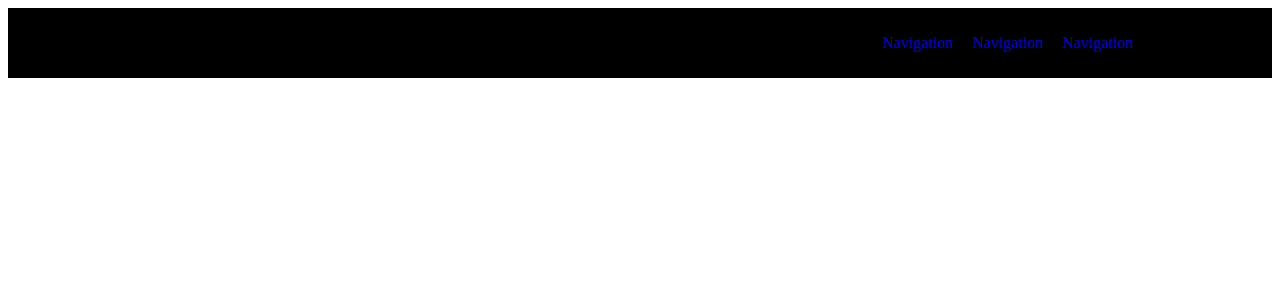
Repository: piotrokrutniak/Projekt-Studia
Page: index.html
The author's editor kept a copy of each file at every save. The page is drawn from the files as they stood at one save, then again after the next save.
The browser window is 1280 px wide. The pictures show the whole page.
The pointer rests on the first visible `.navigation-link`.

Above is the page before, as saved 2023-03-04 02:31:48.

### index.html
<!DOCTYPE html>
<head>
    <meta charset="UTF-8" />
    <meta http-equiv="X-UA-Compatible" content="IE=edge" />
    <meta name="viewport" content="width=device-width, initial-scale=1.0" />
    <link rel="stylesheet" type="text/css" href="styles.css" />
    <title>Website Title</title>
</head>
<body>
    <div class="navbar-container">
        <div class="navbar">
            <div class="logo">WebsiteLogo</div>
            <div class="navigation">
                <a href="/index" class="navigation-link">
                    <div class="navigation-button">
                        Navigation
                    </div>
                </a>
                <a href="/index" class="navigation-link">
                    <div class="navigation-button">
                        Navigation
                    </div>
                </a>
                <a href="/index" class="navigation-link">
                    <div class="navigation-button">
                        Navigation
                    </div>
                </a>
            </div>
        </div>
    </div>
</body>

### styles.css
.navbar-container{
    width: 100%;
    height: 70px;
    background: black;
    position: sticky;
    top: 0;
}

.navbar{
    position: relative;
    max-width: 1024px;
    min-width: 328px;
    top: 0px;
    margin: auto;
    display: flex;
    flex-direction:row;
    justify-content: space-between;
        top: 50%;
    -ms-transform: translateY(-50%);
    transform: translateY(-50%);

}

a{
    text-decoration: none;
}

.navigation-link{
    display: grid;
    position: relative;

}

.navigation-link:hover{
    border-bottom: 5px;
    border-color: aqua;
}

.navigation{
    display: grid;
    grid-template-columns: 90px 90px 90px;

}

After the next save:
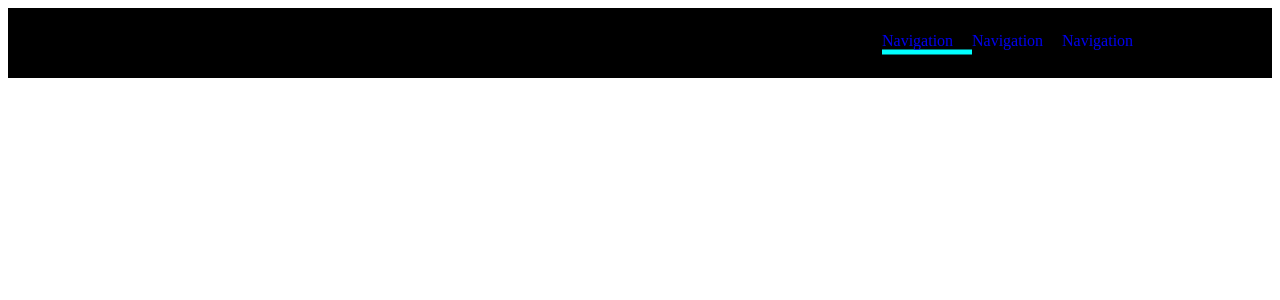
Saved 2 min 26 s later.
--- a/styles.css
+++ b/styles.css
@@ -32,7 +32,7 @@ a{
 }
 
 .navigation-link:hover{
-    border-bottom: 5px;
+    border-bottom: 5px solid;
     border-color: aqua;
 }
 
